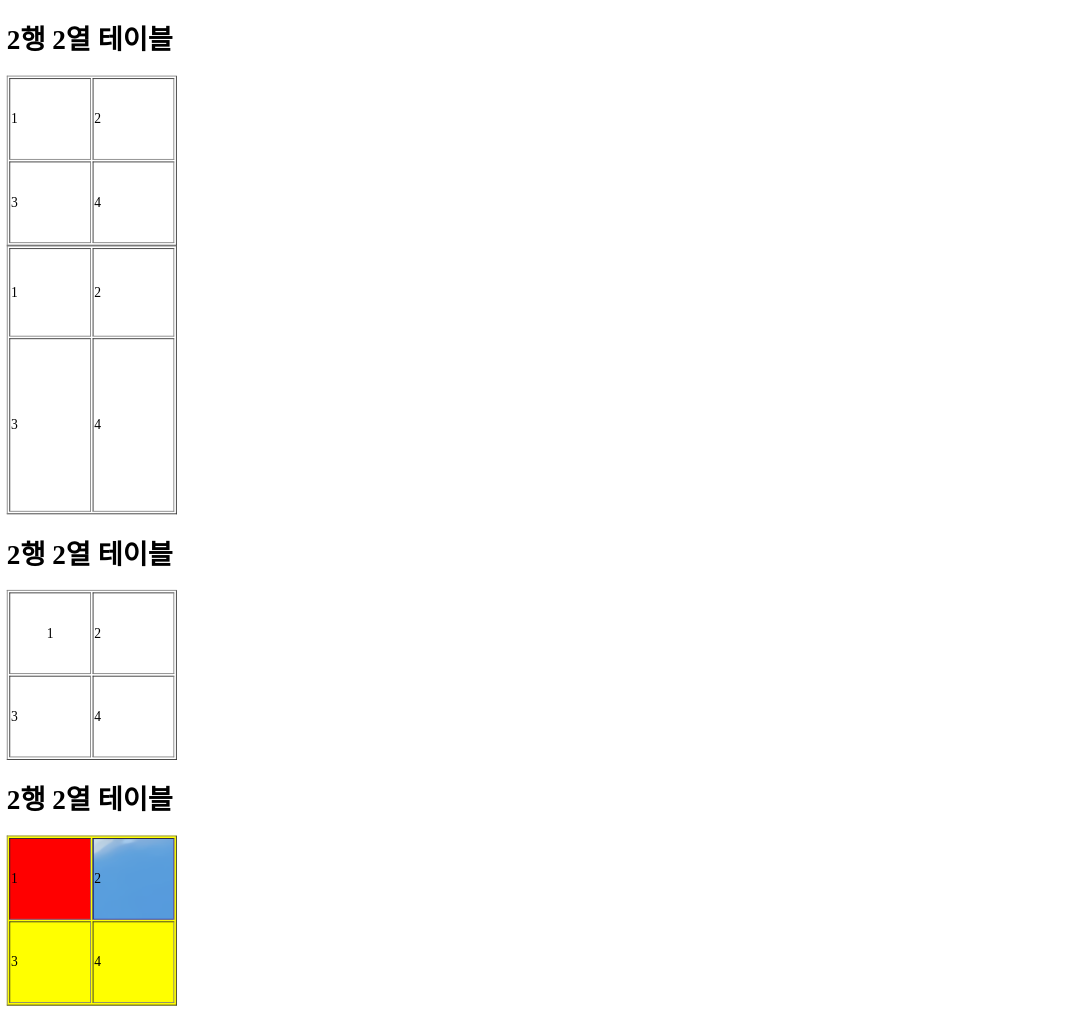
Repository: hb6700/client
Page: ClientTest/src/main/webapp/html/ex15_table.html
The author's editor kept a copy of each file at every save. The page is drawn from the files as they stood at one save, then again after the next save.
The browser window is 1280 px wide. The pictures show the whole page, at 85% of full size.

Above is the page before, as saved 2023-09-21 00:55:17.

After the next save:
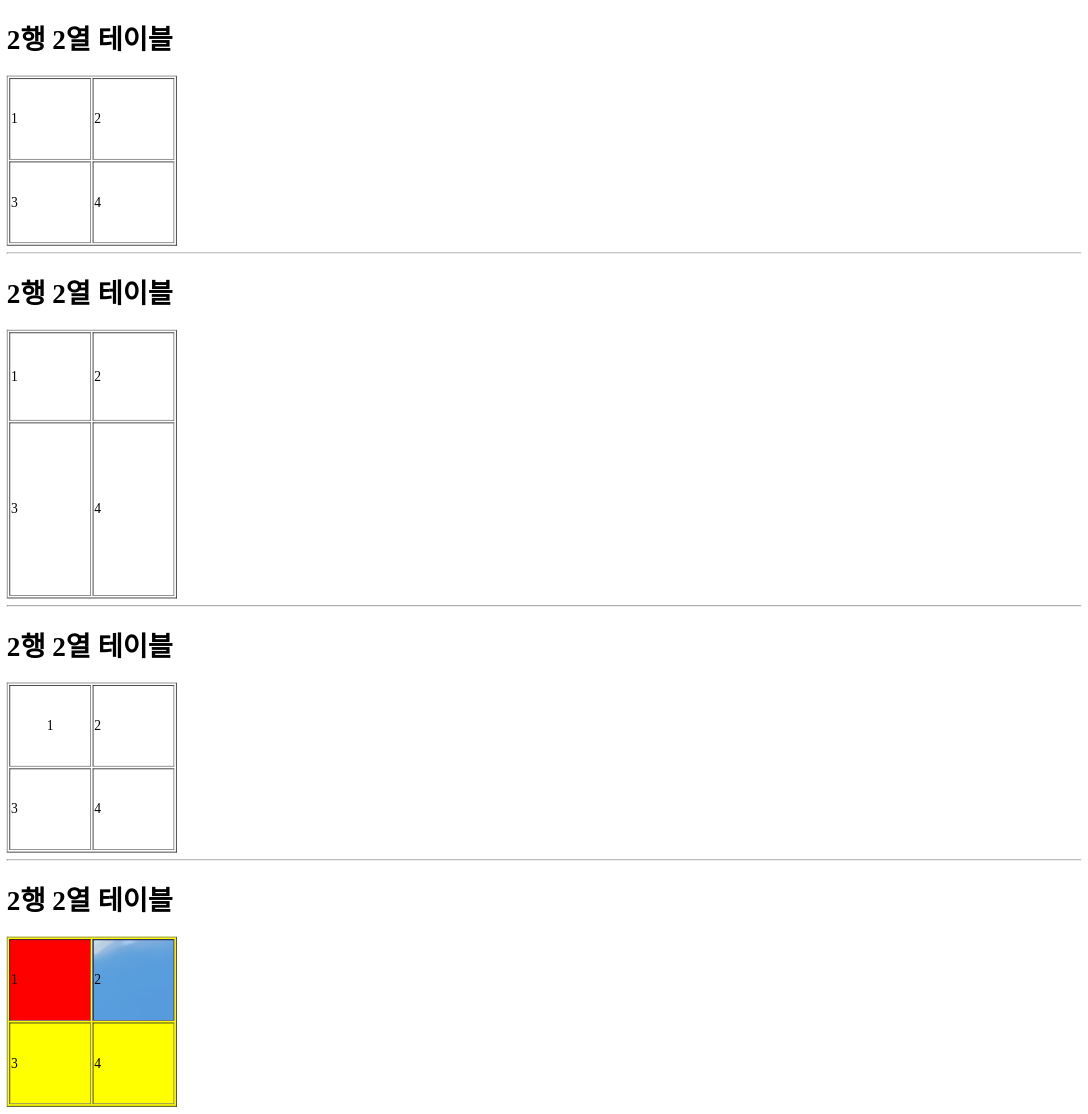
Saved 71 s later.
--- a/ClientTest/src/main/webapp/html/ex15_table.html
+++ b/ClientTest/src/main/webapp/html/ex15_table.html
@@ -28,8 +28,12 @@
 			<td>4</td>
 		</tr>
 	</table>
+
+	<hr>
+
 	<!-- **모든 셀의 너비의 합 = 테이블 넓이->
 	<!-- **모든 셀의 높이의 합 = 테이블 높이-->
+	<h1>2행 2열 테이블</h1>
 	<table border="1" width="200" height="200">
 		<tr>
 			<td width="100" height="100">1</td>
@@ -40,6 +44,9 @@
 			<td>4</td>
 		</tr>
 	</table>
+
+	<hr>
+
 	<h1>2행 2열 테이블</h1>
 	<table border="1"  width="200" height="200">
 		<tr>
@@ -51,6 +58,9 @@
 			<td>4</td>
 		</tr>
 	</table>
+
+	<hr>
+
 	<h1>2행 2열 테이블</h1>
 	<table border="1" width="200" height="200" bgcolor="yellow">
 		<tr bgcolor="blue">
